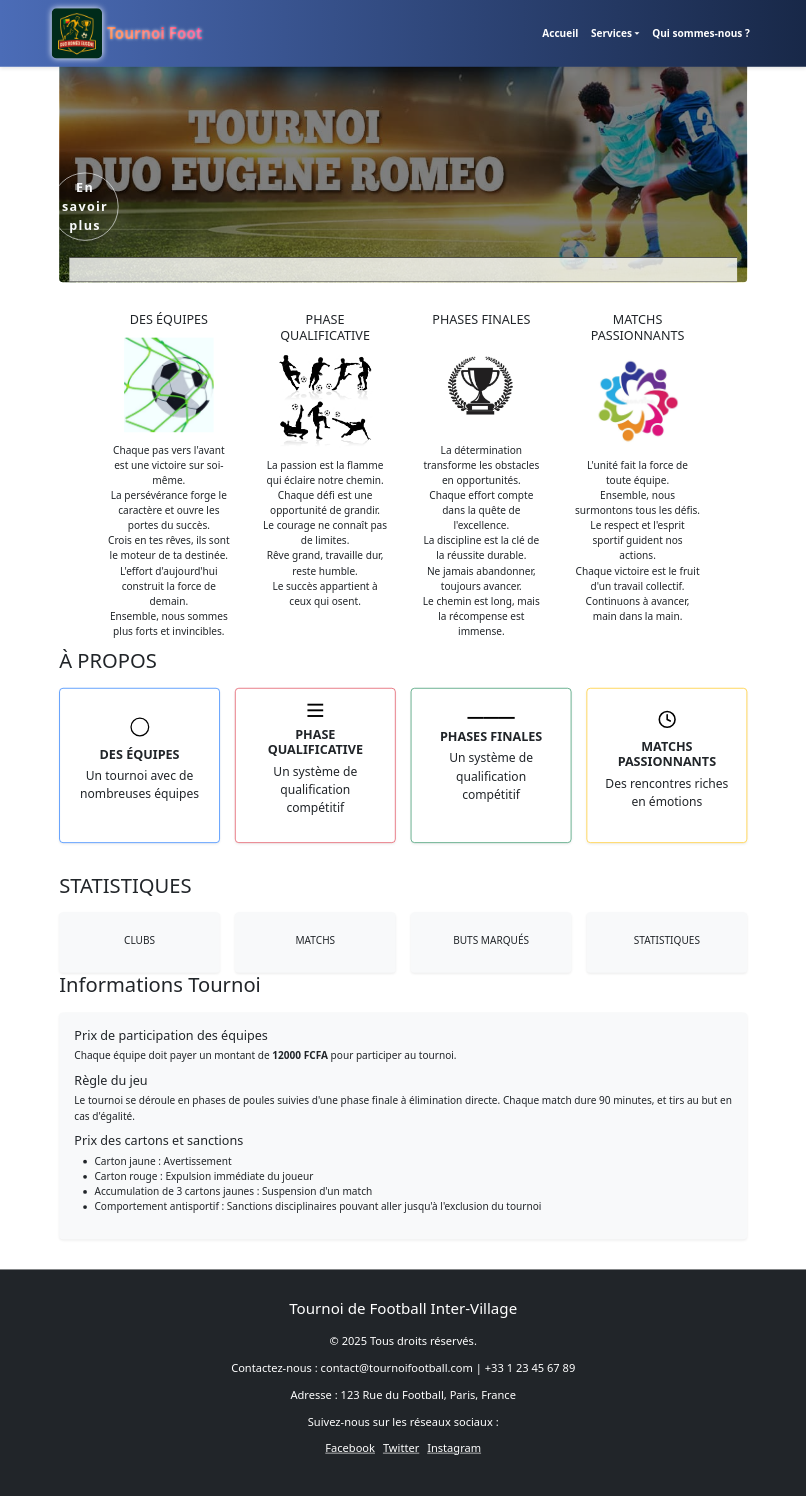
Repository: KILAYOSSI/tournoi_foot
Page: templates/pages/home.html.twig
These files come from the project's save history. The page is drawn as it stood at one moment and after the next save; the edit follows.
The browser window is 1280 px wide. The pictures show the whole page, at 63% of full size.
The page is a Twig template of a Symfony application; nobody is signed in and links lead nowhere. The template is opened directly, without the code that normally fills it, so the values that code supplies are empty.

Above is the page before, as saved 2025-06-27 01:32:28.

### templates/pages/home.html.twig
{% extends 'base.html.twig' %}

{% block title %}Accueil - Tournoi de Football Inter-Village{% endblock %}

{% block body %}
<div class="container my-5">
    <section class="hero-section position-relative rounded overflow-hidden mb-5" style="height: 400px; border-radius: 0.5rem; background: url('{{ asset('assets/WhatsApp Image 2025-06-25 à 09.55.04_cf4f687a.jpg') }}') center center / cover no-repeat;">
        <div class="overlay position-absolute top-0 start-0 w-100 h-100" style="background: rgba(0, 0, 0, 0.5);"></div>
        <div class="hero-content position-relative h-100 d-flex flex-column justify-content-end align-items-center text-white text-center px-3">
            <a href="{{ path('about') }}" class="btn btn-outline-light btn-lg rounded-pill" style="font-weight: 700; letter-spacing: 0.1em; margin-right: 1010px; margin-top: -10px; margin-bottom: 10px;">En savoir plus</a>
            <div class="ticker-container mt-3 w-100" style="position: relative; background-color: rgba(255, 255, 255, 0.8); height: 40px; margin-top: 10px;">
                <div class="ticker-text">
                    Le prix de participation du tournoi est de 12000 FCFA. &nbsp;&nbsp;&nbsp;
                    Chaque équipe doit respecter les règles du jeu. &nbsp;&nbsp;&nbsp;
                    Les matchs durent 90 minutes avec prolongations si nécessaire. &nbsp;&nbsp;&nbsp;
                    Les cartons jaunes et rouges sont strictement appliqués. &nbsp;&nbsp;&nbsp;
                    Le fair-play est essentiel pour le bon déroulement du tournoi. &nbsp;&nbsp;&nbsp;
                </div>
            </div>
        </div>
    </section>
    <div class="icons-container mt-3">
        <div class="d-flex justify-content-center gap-5 flex-wrap text-center">
            <a href="{{ path('clubs_joueurs') }}" class="icon-text text-decoration-none text-dark" style="max-width: 200px;">
                <h5 class="mb-3">DES ÉQUIPES</h5>
                <img src="{{ asset('assets/WhatsApp Image 2025-06-26 à 22.33.43_6d2c76fa.jpg') }}" alt="Icone 1" class="img-fluid mb-3" style="max-height: 150px; object-fit: contain;">
                <p>
                    Chaque pas vers l'avant est une victoire sur soi-même.<br>
                    La persévérance forge le caractère et ouvre les portes du succès.<br>
                    Crois en tes rêves, ils sont le moteur de ta destinée.<br>
                    L'effort d'aujourd'hui construit la force de demain.<br>
                    Ensemble, nous sommes plus forts et invincibles.
                </p>
            </a>
            <a href="{{ path('phase_qualificative') }}" class="icon-text text-decoration-none text-dark" style="max-width: 200px;">
                <h5 class="mb-3">PHASE QUALIFICATIVE</h5>
                <img src="{{ asset('assets/WhatsApp Image 2025-06-26 à 22.33.43_91d2cb3c.jpg') }}" alt="Icone 2" class="img-fluid mb-3" style="max-height: 150px; object-fit: contain;">
                <p>
                    La passion est la flamme qui éclaire notre chemin.<br>
                    Chaque défi est une opportunité de grandir.<br>
                    Le courage ne connaît pas de limites.<br>
                    Rêve grand, travaille dur, reste humble.<br>
                    Le succès appartient à ceux qui osent.
                </p>
            </a>
            <a href="{{ path('phase_finale') }}" class="icon-text text-decoration-none text-dark" style="max-width: 200px;">
                <h5 class="mb-3">PHASES FINALES</h5>
                <img src="{{ asset('assets/WhatsApp Image 2025-06-26 à 22.33.45_8dd9a1c0.jpg') }}" alt="Icone 3" class="img-fluid mb-3" style="max-height: 150px; object-fit: contain;">
                <p>
                    La détermination transforme les obstacles en opportunités.<br>
                    Chaque effort compte dans la quête de l'excellence.<br>
                    La discipline est la clé de la réussite durable.<br>
                    Ne jamais abandonner, toujours avancer.<br>
                    Le chemin est long, mais la récompense est immense.
                </p>
            </a>
            <a href="{{ path('calendrier') }}" class="icon-text text-decoration-none text-dark" style="max-width: 200px;">
                <h5 class="mb-3">MATCHS PASSIONNANTS</h5>
                <img src="{{ asset('assets/WhatsApp Image 2025-06-25 à 00.20.17_b34a09f6.jpg') }}" alt="Icone 4" class="img-fluid mb-3" style="max-height: 150px; object-fit: contain;">
                <p>
                    L'unité fait la force de toute équipe.<br>
                    Ensemble, nous surmontons tous les défis.<br>
                    Le respect et l'esprit sportif guident nos actions.<br>
                    Chaque victoire est le fruit d'un travail collectif.<br>
                    Continuons à avancer, main dans la main.
                </p>
            </a>
        </div>
    </div>
    <section class="mb-5">
        <h2 class="mb-4">À PROPOS</h2>
        <div class="row text-center g-4">
            <div class="col-md-3">
                <a href="{{ path('clubs_joueurs') }}" class="btn btn-outline-primary shadow-sm p-4 h-100 d-flex flex-column justify-content-center align-items-center text-decoration-none text-dark rounded" style="font-size: 1.2rem; border-radius: 1rem;">
                    <div class="mb-3 d-flex justify-content-center align-items-center" style="font-size: 30px;">
                        <span style="border: 2px solid black; border-radius: 50%; width: 30px; height: 30px; display: inline-block;"></span>
                    </div>
                    <h5 class="fw-bold">DES ÉQUIPES</h5>
                    <p>Un tournoi avec de nombreuses équipes</p>
                </a>
            </div>
            <div class="col-md-3">
                <a href="{{ path('phase_qualificative') }}" class="btn btn-outline-danger shadow-sm p-4 h-100 d-flex flex-column justify-content-center align-items-center text-decoration-none text-dark rounded" style="font-size: 1.2rem; border-radius: 1rem;">
                    <div class="mb-3 d-flex flex-column justify-content-center align-items-center" style="font-size: 30px; gap: 6px;">
                        <div style="width: 25px; height: 3px; background-color: black;"></div>
                        <div style="width: 25px; height: 3px; background-color: black;"></div>
                        <div style="width: 25px; height: 3px; background-color: black;"></div>
                    </div>
                    <h5 class="fw-bold">PHASE QUALIFICATIVE</h5>
                    <p>Un système de qualification compétitif</p>
                </a>
            </div>
            <div class="col-md-3">
                <a href="{{ path('phase_finale') }}" class="btn btn-outline-success shadow-sm p-4 h-100 d-flex flex-column justify-content-center align-items-center text-decoration-none text-dark rounded" style="font-size: 1.2rem; border-radius: 1rem;">
                    <div class="mb-3 d-flex justify-content-center align-items-center" style="font-size: 30px;">
                        <div style="width: 25px; height: 3px; background-color: black;"></div>
                        <div style="width: 25px; height: 3px; background-color: black;"></div>
                        <div style="width: 25px; height: 3px; background-color: black;"></div>
                    </div>
                    <h5 class="fw-bold">PHASES FINALES</h5>
                    <p>Un système de qualification compétitif</p>
                </a>
            </div>
            <div class="col-md-3">
                <a href="{{ path('calendrier') }}" class="btn btn-outline-warning shadow-sm p-4 h-100 d-flex flex-column justify-content-center align-items-center text-decoration-none text-dark rounded" style="font-size: 1.2rem; border-radius: 1rem;">
                    <div class="mb-3 d-flex justify-content-center align-items-center" style="font-size: 30px;">
                        <svg xmlns="http://www.w3.org/2000/svg" width="30" height="30" fill="none" stroke="black" stroke-width="2" stroke-linecap="round" stroke-linejoin="round" class="feather feather-clock" viewBox="0 0 24 24">
                            <circle cx="12" cy="12" r="10"></circle>
                            <polyline points="12 6 12 12 16 14"></polyline>
                        </svg>
                    </div>
                    <h5 class="fw-bold">MATCHS PASSIONNANTS</h5>
                    <p>Des rencontres riches en émotions</p>
                </a>
            </div>
        </div>
    </section>
    </section>




    <section>
        <h2 class="mb-4">STATISTIQUES</h2>
        <div class="row text-center g-4">
            <div class="col-md-3">
                <div class="stat-card p-4 rounded shadow-sm bg-light number-font number-animated number-test">
                    <h3 class="fw-bold">{{ clubsCount }}</h3>
                    <p>CLUBS</p>
                </div>
            </div>
            <div class="col-md-3">
                <div class="stat-card p-4 rounded shadow-sm bg-light number-font number-animated number-test">
                    <h3 class="fw-bold">{{ matchsCount }}</h3>
                    <p>MATCHS</p>
                </div>
            </div>
            <div class="col-md-3">
                <div class="stat-card p-4 rounded shadow-sm bg-light number-font number-animated number-test">
                    <h3 class="fw-bold">{{ butsCount }}</h3>
                    <p>BUTS MARQUÉS</p>
                </div>
            </div>
            <div class="col-md-3">
                <div class="stat-card p-4 rounded shadow-sm bg-light number-font number-animated number-test">
                    <h3 class="fw-bold">{{ statistiquesCount }}</h3>
                    <p>STATISTIQUES</p>
                </div>
            </div>
        </div>
    </section>

    <section class="mb-5">
        <h2 class="mb-4">Informations Tournoi</h2>
        <div class="p-4 rounded shadow-sm bg-light">
            <h5>Prix de participation des équipes</h5>
            <p>Chaque équipe doit payer un montant de <strong>12000 FCFA</strong> pour participer au tournoi.</p>
            <h5>Règle du jeu</h5>
            <p>Le tournoi se déroule en phases de poules suivies d'une phase finale à élimination directe. Chaque match dure 90 minutes, et tirs au but en cas d'égalité.</p>
            <h5>Prix des cartons et sanctions</h5>
            <ul>
                <li>Carton jaune : Avertissement</li>
                <li>Carton rouge : Expulsion immédiate du joueur</li>
                <li>Accumulation de 3 cartons jaunes : Suspension d'un match</li>
                <li>Comportement antisportif : Sanctions disciplinaires pouvant aller jusqu'à l'exclusion du tournoi</li>
            </ul>
        </div>
    </section>
</div>
{% endblock %}

### templates/base.html.twig
<!DOCTYPE html>
<html lang="fr">
<head>
    <meta charset="UTF-8" />
    <meta name="viewport" content="width=device-width, initial-scale=1" />
    <title>{% block title %}Tournoi de Football Inter-Village{% endblock %}</title>
    <link href="https://cdn.jsdelivr.net/npm/bootstrap@5.3.0/dist/css/bootstrap.min.css" rel="stylesheet" />
    <link rel="stylesheet" href="{{ asset('css/style.css') }}" />
    <link rel="stylesheet" href="{{ asset('css/custom_home.css') }}" />
    {% block stylesheets %}{% endblock %}
</head>
<body>
    <header>
        <nav class="navbar navbar-expand-lg fixed-top" style="background: linear-gradient(90deg, #4b6cb7 0%, #182848 100%); box-shadow: 0 4px 6px rgba(0,0,0,0.1);">
            <div class="container">
                <a class="navbar-brand d-flex align-items-center" href="{{ path('home') }}" style="font-weight: bold; font-size: 1.5rem; color: white; text-shadow: 0 0 5px rgba(255,255,255,0.7);">
<img src="{{ asset('assets/WhatsApp Image 2025-06-23 à 13.44.55_704b8a70.jpg') }}" alt="Logo" height="80" class="d-inline-block align-text-top me-2" style="filter: drop-shadow(0 0 5px #fff); border-radius: 0.5rem; max-height: 100px; max-width: 100px; object-fit: contain;"/>
                    <span style="background: linear-gradient(45deg, #ff6a00, #ee0979); -webkit-background-clip: text; -webkit-text-fill-color: transparent;">Tournoi Foot</span>
                </a>
                <button
                    class="navbar-toggler border-0"
                    type="button"
                    data-bs-toggle="collapse"
                    data-bs-target="#megaNavbar"
                    aria-controls="megaNavbar"
                    aria-expanded="false"
                    aria-label="Toggle navigation"
                >
                    <span class="navbar-toggler-icon" style="filter: invert(1);"></span>
                </button>

                <div class="collapse navbar-collapse" id="megaNavbar">
                    <ul class="navbar-nav ms-auto mb-2 mb-lg-0 fw-semibold">
                        <li class="nav-item">
                            <a class="nav-link text-white d-flex align-items-center" href="{{ path('home') }}">
                                <i class="fas fa-home me-1"></i> Accueil
                            </a>
                        </li>
                        <li class="nav-item dropdown">
                            <a class="nav-link dropdown-toggle text-white d-flex align-items-center" href="#" id="servicesDropdown" role="button" data-bs-toggle="dropdown" aria-expanded="false">
                                <i class="fas fa-star me-1"></i> Services
                            </a>
                            <ul class="dropdown-menu dropdown-menu-dark" aria-labelledby="servicesDropdown" style="background: linear-gradient(135deg, #667eea, #764ba2); border: none; box-shadow: 0 4px 10px rgba(0,0,0,0.3);">
                                <li><a class="dropdown-item text-white" href="{{ path('vote') }}"><i class="fas fa-vote-yea me-2"></i> Vote</a></li>
                                <li><a class="dropdown-item text-white" href="{{ path('match_du_jour') }}"><i class="fas fa-futbol me-2"></i> Matchs du jour</a></li>
                                <li><a class="dropdown-item text-white" href="{{ path('statistiques') }}"><i class="fas fa-chart-bar me-2"></i> Statistiques</a></li>
                                <li><a class="dropdown-item text-white" href="{{ path('calendrier') }}"><i class="fas fa-calendar-alt me-2"></i> Calendrier</a></li>
                                <li><a class="dropdown-item text-white" href="{{ path('clubs_joueurs') }}"><i class="fas fa-users me-2"></i> Clubs & Joueurs</a></li>
                            </ul>
                        </li>
                        <li class="nav-item">
                            <a class="nav-link text-white d-flex align-items-center" href="{{ path('about') }}">
                                <i class="fas fa-info-circle me-1"></i> Qui sommes-nous ?
                            </a>
                        </li>
                        <li class="nav-item">
                            {# Suppression du menu Contact #}
                        </li>
                    </ul>
                </div>
            </div>
        </nav>
    </header>

    <main class="container my-4">
        {% block body %}{% endblock %}
    </main>

    <footer class="bg-dark text-white text-center py-5" style="min-height: 300px;">
        <div class="container">
            <h4 class="mb-4">Tournoi de Football Inter-Village</h4>
            <p>© {{ "now"|date("Y") }} Tous droits réservés.</p>
            <p>Contactez-nous : contact@tournoifootball.com | +33 1 23 45 67 89</p>
            <p>Adresse : 123 Rue du Football, Paris, France</p>
            <p>Suivez-nous sur les réseaux sociaux :</p>
            <ul class="list-inline">
                <li class="list-inline-item"><a href="#" class="text-white">Facebook</a></li>
                <li class="list-inline-item"><a href="#" class="text-white">Twitter</a></li>
                <li class="list-inline-item"><a href="#" class="text-white">Instagram</a></li>
            </ul>
        </div>
    </footer>

    <script src="https://cdn.jsdelivr.net/npm/bootstrap@5.3.0/dist/js/bootstrap.bundle.min.js"></script>
    {% block javascripts %}
    {% endblock %}
</body>
</html>

### public/css/style.css
/* Style CSS with hover effect green, enlarged statistics title and numbers */

.navbar-nav .nav-link.dropdown-toggle.fs-4.fw-bold.text-danger {
    color: #28a745 !important; /* green color */
}

.navbar-nav .dropdown-menu {
    border: 2px solid #28a745 !important; /* green border */
}

.navbar-nav .nav-link.statistiques-link {
    font-size: 1.2rem;
    font-weight: bold;
    color: #28a745 !important;
}

.cartons-table tbody tr:hover {
    transform: translateY(-5px);
    background-color: #d4edda; /* light green background on hover */
}

h1.text-center.mb-4.fw-bold {
    font-size: 2.5rem !important; /* enlarged title */
    color: #28a745 !important;
}

/* Additional styling for footer */
footer.bg-dark.text-white.text-center.py-5 {
    font-size: 1.1rem;
}

/* Add any other styles you remember from your modifications here */

### public/css/custom_home.css
.custom-margin {
    margin-right: 20px !important;
    float: left !important;
}

.margin-right-only {
    margin-right: 20px !important;
}

/* Styles pour le ticker d'informations défilantes */
.ticker-container {
    width: 100%;
    overflow: hidden;
    background-color: transparent;
    border-top: 1px solid #000;
    border-bottom: 1px solid #000;
    padding: 10px 0;
    box-sizing: border-box;
    position: relative;
    height: 30px;
}

.ticker-text {
    display: inline-block;
    white-space: nowrap;
    color: black;
    font-size: 1rem;
    position: absolute;
    will-change: transform;
    animation: ticker-scroll 15s linear infinite;
}

@keyframes ticker-scroll {
    0% {
        transform: translateX(100%);
    }
    100% {
        transform: translateX(-100%);
    }
}

After the next save:
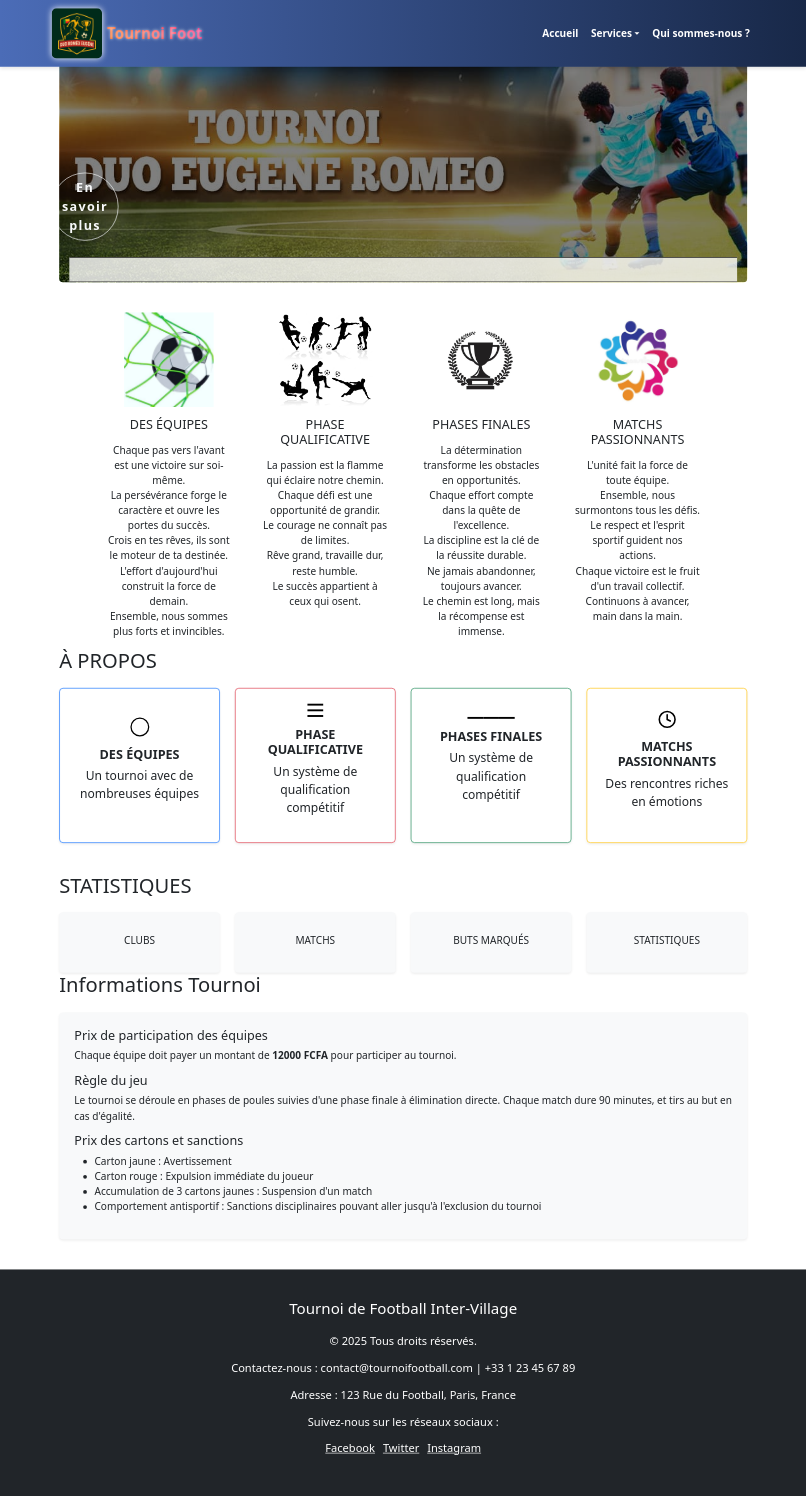
Saved 2 min 34 s later.
--- a/templates/pages/home.html.twig
+++ b/templates/pages/home.html.twig
@@ -22,8 +22,8 @@
     <div class="icons-container mt-3">
         <div class="d-flex justify-content-center gap-5 flex-wrap text-center">
             <a href="{{ path('clubs_joueurs') }}" class="icon-text text-decoration-none text-dark" style="max-width: 200px;">
+                <img src="{{ asset('assets/WhatsApp Image 2025-06-26 à 22.33.43_6d2c76fa.jpg') }}" alt="Icone 1" class="img-fluid mb-3" style="max-height: 150px; object-fit: contain;">
                 <h5 class="mb-3">DES ÉQUIPES</h5>
-                <img src="{{ asset('assets/WhatsApp Image 2025-06-26 à 22.33.43_6d2c76fa.jpg') }}" alt="Icone 1" class="img-fluid mb-3" style="max-height: 150px; object-fit: contain;">
                 <p>
                     Chaque pas vers l'avant est une victoire sur soi-même.<br>
                     La persévérance forge le caractère et ouvre les portes du succès.<br>
@@ -33,8 +33,8 @@
                 </p>
             </a>
             <a href="{{ path('phase_qualificative') }}" class="icon-text text-decoration-none text-dark" style="max-width: 200px;">
+                <img src="{{ asset('assets/WhatsApp Image 2025-06-26 à 22.33.43_91d2cb3c.jpg') }}" alt="Icone 2" class="img-fluid mb-3" style="max-height: 150px; object-fit: contain;">
                 <h5 class="mb-3">PHASE QUALIFICATIVE</h5>
-                <img src="{{ asset('assets/WhatsApp Image 2025-06-26 à 22.33.43_91d2cb3c.jpg') }}" alt="Icone 2" class="img-fluid mb-3" style="max-height: 150px; object-fit: contain;">
                 <p>
                     La passion est la flamme qui éclaire notre chemin.<br>
                     Chaque défi est une opportunité de grandir.<br>
@@ -44,8 +44,8 @@
                 </p>
             </a>
             <a href="{{ path('phase_finale') }}" class="icon-text text-decoration-none text-dark" style="max-width: 200px;">
-                <h5 class="mb-3">PHASES FINALES</h5>
                 <img src="{{ asset('assets/WhatsApp Image 2025-06-26 à 22.33.45_8dd9a1c0.jpg') }}" alt="Icone 3" class="img-fluid mb-3" style="max-height: 150px; object-fit: contain;">
+                 <h5 class="mb-3">PHASES FINALES</h5>
                 <p>
                     La détermination transforme les obstacles en opportunités.<br>
                     Chaque effort compte dans la quête de l'excellence.<br>
@@ -55,8 +55,8 @@
                 </p>
             </a>
             <a href="{{ path('calendrier') }}" class="icon-text text-decoration-none text-dark" style="max-width: 200px;">
-                <h5 class="mb-3">MATCHS PASSIONNANTS</h5>
                 <img src="{{ asset('assets/WhatsApp Image 2025-06-25 à 00.20.17_b34a09f6.jpg') }}" alt="Icone 4" class="img-fluid mb-3" style="max-height: 150px; object-fit: contain;">
+                 <h5 class="mb-3">MATCHS PASSIONNANTS</h5>
                 <p>
                     L'unité fait la force de toute équipe.<br>
                     Ensemble, nous surmontons tous les défis.<br>
